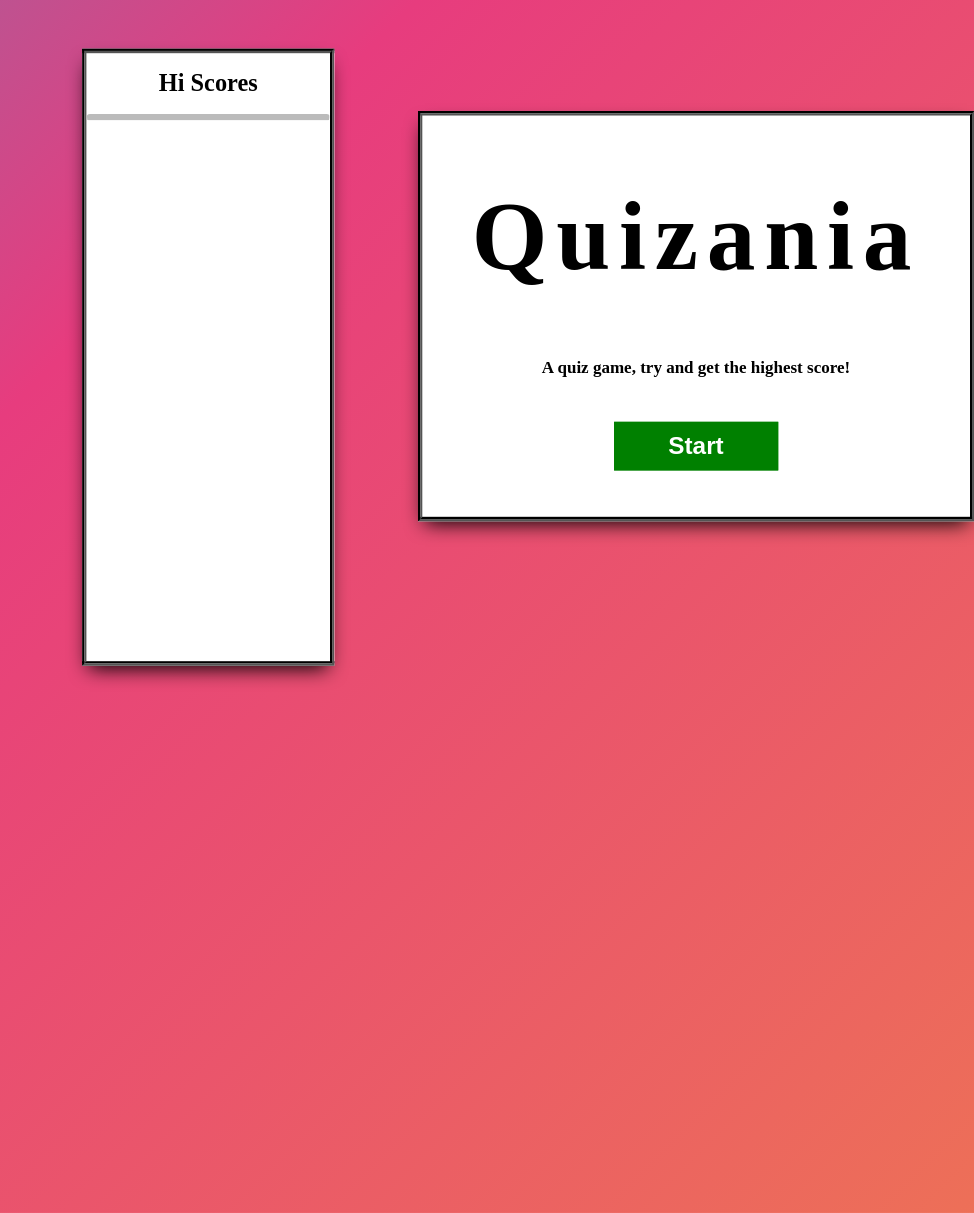
Repository: PatrickTheCodeGuy/QuizApp
Page: / (app in quizapp/)
These files come from the project's save history. The page is drawn as it stood at one moment and after the next save; the edit follows.
The browser window is 1280 px wide. The page is 1282 px wide, so the pictures cover 1282 px, including what lies to the right of the window. The pictures show the whole page, at 76% of full size.
The project was rebuilt for these pictures with package versions that can differ from the ones it lists, and the page was loaded fresh each time.

Above is the page before, as saved 2021-07-08 14:59:36.

After the next save:
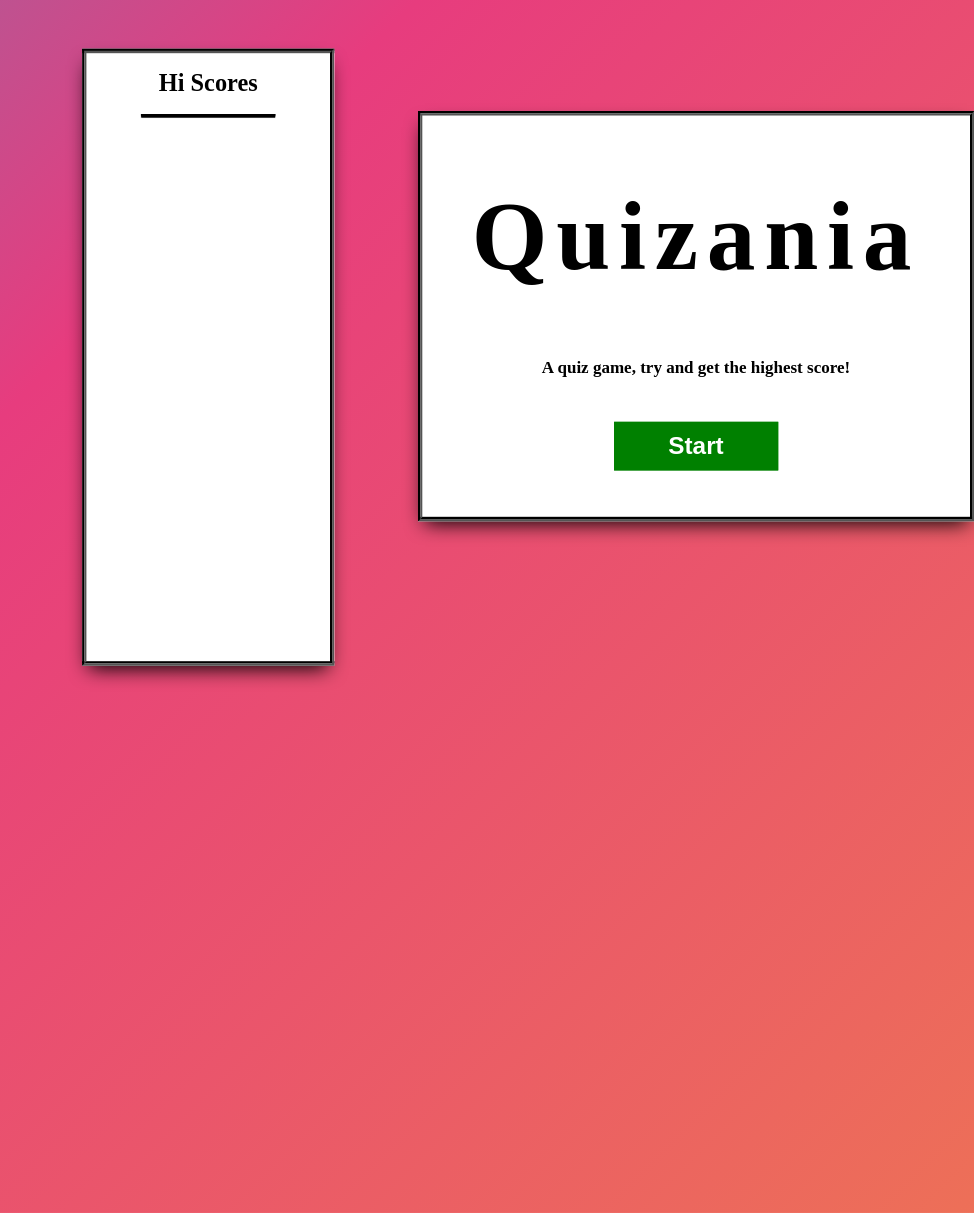
Saved 61 s later.
--- a/quizapp/src/index.css
+++ b/quizapp/src/index.css
@@ -20,8 +20,9 @@ html, body, #app, #app>div {
 }
 
 hr.rounded {
-  border-top: 8px solid #bbb;
-  border-radius: 5px;
+  border-top: 5px solid black;
+    border-radius: 1px;
+    width: 55%;
 }
 
 #root{
